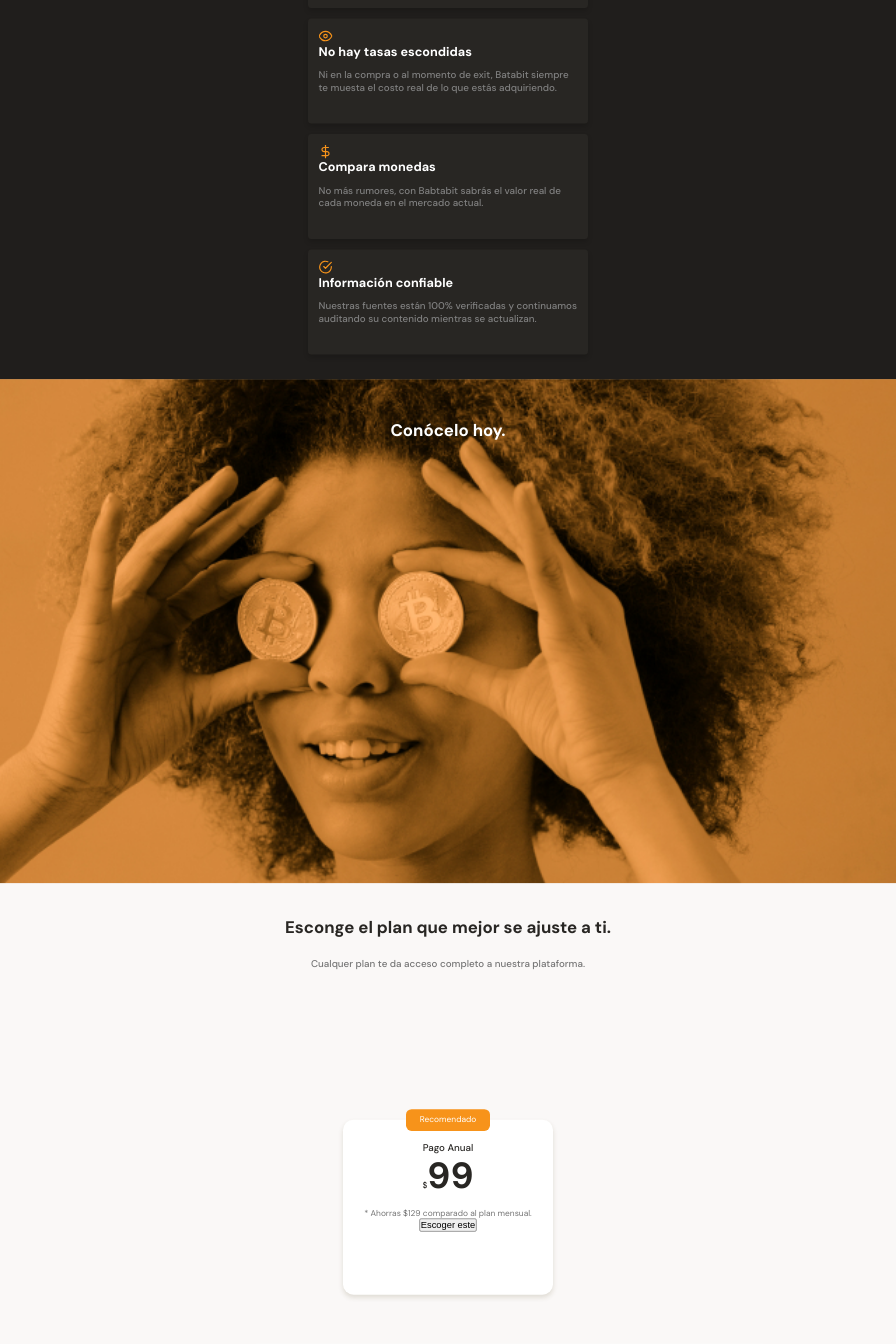
Repository: elto82/mobileFirst
Page: index.html
The author's editor kept a copy of each file at every save. The page is drawn from the files as they stood at one save, then again after the next save.
The browser window is 1280 px wide. The pictures show the part of the page from y = 1441 to 3361 px (the page is 3361 px tall), at 70% of full size.
Some web fonts or font styles are not loaded; a fallback is used.

Above is the page before, as saved 2022-06-08 21:24:55.

### index.html
<!DOCTYPE html>
<html lang="en">
  <head>
    <meta charset="UTF-8" />
    <meta http-equiv="X-UA-Compatible" content="IE=edge" />
    <meta name="viewport" content="width=device-width, initial-scale=1.0" />
    <link rel="preconnect" href="https://fonts.googleapis.com" />
    <link rel="preconnect" href="https://fonts.gstatic.com" crossorigin />
    <link
      href="https://fonts.googleapis.com/css2?family=DM+Sans:wght@400;500;700&family=Inter:wght@300;500&family=Poppins:ital,wght@0,300;1,400;1,600&family=Quicksand:wght@300;500;700&family=Roboto:wght@400;700&family=Rubik+Beastly&display=swap"
      rel="stylesheet"
    />
    <link rel="stylesheet" href="./style.css">
    <title>Document</title>
  </head>
  <body>
    <header>
        <img src="./assets/img/logo.svg" alt="">
        <div class="header-title-container">
            <h1>La próxima revolución en el intercambio de criptomonedas.</h1>
            <p>Batatabit te ayuda a navegar entre los diferentes precios y tendencias.  </p>
            <a href="#plans" class="header-button">Conoce nuestros planes <span></span></a>
        </div>
    </header>
    <main>
      <section class="main-exchange-container">
          <div class="backgroundImg"></div>
          <div class="main-exchange-conintainer--title">
            <h2>Visibilizamos todas las tasas de cambio.</h2>
            <p>Traemos información en tiempo real de las casas de cambio y las monedas más importantes del mundo.</p>
          </div>
          <section class="main-tables-container">
              <div class="main-currency-table">
                <p class="currency-table--title">Monedas</p>
                <div class="currency-table--container">
                  <table>
                    <tr>
                      <td class="table__top-left">Bitcoin</td>
                      <td class="table__top-right table__right" >$1.96 <span class="down"></span></td>
                    </tr>
                    <tr>
                      <td>Ethereum</td>
                      <td class="table__right">$0.07 <span class="up"></span></td>
                    </tr>
                    <tr>
                      <td>Riple</td>
                      <td class="table__right">$2.15<span class="down"></span></td>
                    </tr>
                    <tr>
                      <td class="table__bottom-left">Stellar</td>
                      <td class="table__botton-right table__right">$4.96 <span class="down"></span></td>
                    </tr>
                  </table>
                </div>
                <div class="currency-table--date">
                  <p><b> Actualizado:</b> 19 julio 23:45</p>
                </div>
              </div>
          </section>
      </section>

      <section class="main-product-detail">
        <span class="product-detail--batata-logo"></span>
        <div class="product-detail--title">
          <h2>Creamos un producto sin comparación.</h2>
          <p>Confiable y diseñado para su uso diario.</p>
        </div>
        <section class="product-cards--container">
          <article class="product-detail--card">
            <span class="clock"></span>
            <p class="product--card-title">Tiempo real</p>
            <p class="product--card-body">Nuestro API toma información minuto a minuto sobre las tasas que más determinan el comportamiento.</p>
          </article>
          <article class="product-detail--card">
            <span class="eye"></span>
            <p class="product--card-title">No hay tasas escondidas</p>
            <p class="product--card-body">Ni en la compra o al momento de exit, Batabit siempre te muesta el costo real de lo que estás adquiriendo.</p>
          </article>
          <article class="product-detail--card">
            <span class="money"></span>
            <p class="product--card-title">Compara monedas</p>
            <p class="product--card-body">No más rumores, con Babtabit sabrás el valor real de cada moneda en el mercado actual.</p>
          </article>
          <article class="product-detail--card">
            <span class="ok"></span>
            <p class="product--card-title">Información confiable</p>
            <p class="product--card-body">Nuestras fuentes están 100% verificadas y continuamos auditando su contenido mientras se actualizan.</p>
          </article>
        </section>
      </section>
      <section class="bitcoint-img-container">
        <h2>Conócelo hoy.</h2>
      </section>
      <section id="plans" class="main-plans-container">
        <div class="plans--title">
          <h2>Esconge el plan que mejor se ajuste a ti.</h2>
          <p>Cualquer plan te da acceso completo a nuestra plataforma.</p>
        </div>
        <section class="plans-container--slider">
          <article class="plans-conteiner--card">
            <p class="recommended">Recomendado</p>
            <div class="plan-info-container">
              <h3 class="plan-card--title">Pago Anual</h3>
              <p class="plan-card--price"><span>$</span>99</p>
              <p class="plan-card--saving">* Ahorras $129 comparado al plan mensual.</p>
              <button class="plan-card--ca">Escoger este <span></span></button>
            </div>
          </article>
        </section>
      </section>
    </main>
    <footer></footer>
  </body>
</html>

### style.css
/*
1. Posicionamiento
2. Modelo de caja (box model)
3. Tipografia
4.Visuales
5. Otros
*/
:root{
    /* colores */
    --bitcoin-orange:#f7931a;
    --soft-orange: #ffe9d5;
    --secondary-blue:#1a9af7;
    --soft-blue: #e7f5ff;
    --warm-black: #201e1c;
    --black:#282623;
    --grey:#bababa;
    --off-white:#faf8f7;
    --just-white:#fff;

}
*{
    box-sizing: border-box;
    margin: 0;
    padding: 0;
}
html{
    font-size: 62.5%;
    font-family: 'DM Sans', sans-serif;;
}
header{
    position: relative;
    display: flex;
    flex-direction: column;
    justify-content: center;
    width: 100%;
    min-width: 32rem;
    height: 34rem;
    text-align: center;
    background: linear-gradient(207.8deg, #201e1c 16.69%, #f7931a 100%);
}
header img{
    width: 15rem;
    height: 2.4rem;
    margin-top: 6rem;
    align-self: center;
}
.header-title-container{
    width: 90%;
    min-width: 28.8rem;
    max-width: 90rem;
    height: 21.8rem;
    margin-top: 4rem;
    text-align: center;
    align-self: center;
}
.header-title-container h1{
    font-size: 2.4rem;
    font-weight: bold;
    line-height: 2.6rem;
    color: var(--just-white);
}
.header-title-container p{
    margin-top: 2.5rem;
    font-size: 1.4rem;
    font-weight: 500;
    line-height: 1.8rem;
    color: var(--soft-orange);
}
.header-title-container .header-button{
    position: absolute;
    left: calc(50% - 11.8rem);
    top: 27rem;
    display: block;
    margin-top: 3.5rem;
    padding: 1.5rem;
    width: 22.9rem;
    height: 4.8rem;
    background-color: var(--off-white);
    box-shadow: 0px 4px 8px rgba(89, 73, 30, 0.16);
    border: none;
    border-radius: 0.5rem;
    font-size: 1.4rem;
    font-weight: bold;
    text-decoration: none;
    color: var(--black);
}
.header-button span{
    display: inline-block;
    width: 1.3rem;
    height: 0.8rem;
    margin-left: 1rem;
    background-image: url('./assets/icons/down-arrow.svg');
}
main{
    width: 100%;
    height: auto;
    background-color: var(--off-white);
}
.main-exchange-container{
    width: 100%;
    height: auto;
    padding-top: 8rem;
    padding-bottom: 3rem;
    text-align: center;
}
.main-exchange-conintainer--title{
    width: 90%;
    min-width: 28.8rem;
    max-width: 90rem;
    margin: 0 auto;
}
.main-exchange-container .backgroundImg{
    width: 20rem;
    height: 20rem;
    margin: 0 auto;
    margin-bottom: 5rem;
    background-image: url('./assets/img/Bitcoin.svg');
    background-size: cover;
    background-position: center;
    background-repeat: no-repeat;
}
.main-exchange-container h2{
    margin-bottom: 3rem;
    font-size: 2.4rem;
    font-weight: bold;
    line-height: 2.6rem;
    color: var(--black);
}
.header-title-container p{
    margin-bottom: 3rem;
    font-size: 1.4rem;
    font-weight: 500;
    line-height: 1.6rem;
    color: #757575;
}
.main-currency-table{
    width: 70%;
    min-width: 23.5rem;
    max-width: 50re;
    height: 36rem;
    margin: 0 auto;
    font-family: 'Inter', 'sans-serif';
}
.main-currency-table .currency-table--title{
    margin-top: 2rem;
    margin-bottom: 1.5rem;
    font-size: 1.8rem;
    font-weight: bold;
    line-height: 2.3rem;
    color: var(--bitcoin-orange);
}
.currency-table--container{
    width: 90%;
    min-width: 23rem;
    max-width: 30rem;
    height: 25rem;
    margin: 0 auto;
}
.currency-table--container table{
    width: 100%;
    height: 100%;
}
.currency-table--container td{
    width: 50%;
    font-size: 1.6rem;
    font-weight: 500;
    line-height: 1.9rem;
    color: var(--grey);
    background-color: var(--just-white);
}
.currency-table--container .table__top-left{
    border-radius: 1.5rem 0 0 0;
}
.currency-table--container .table__top-right{
    border-radius: 0 1.5rem 0 0;
}
.currency-table--container .table__bottom-left{
    border-radius: 0 0 0 1.5rem;
}
.currency-table--container .table__botton-right{
    border-radius: 0 0 1.5rem 0;
}
.currency-table--container .table__right{
    font-size: 1.4rem;
    font-weight: normal;
    line-height: 1.7rem;
    color: #757575;
}
.currency-table--container .down{
    display: inline-block;
    width: 1.5rem;
    height: 1.5rem;
    margin-left: 1rem;
    background-image: url('./assets/icons/trending-down.svg');
    background-size: cover;
    background-position: center;
    background-repeat: no-repeat;
}
.currency-table--container .up{
    display: inline-block;
    width: 1.5rem;
    height: 1.5rem;
    margin-left: 1rem;
    background-image: url('./assets/icons/trending-up.svg');
    background-size: cover;
    background-position: center;
    background-repeat: no-repeat;
}
.currency-table--date{
    width: 19rem;
    height: 3rem;
    margin: 0 auto;
    margin-top: 1.5rem;
    padding: 0.8rem;
    background-color: var(--soft-orange);
    border-radius: 0.8rem;
    box-shadow: 0px 4px 8px rgba(89, 73, 30, 0.16);
}
.currency-table--date p{
    font-weight: 300;
    font-size: 1.2rem;
    line-height: 1.5rem;
    color: var(--warm-black);
}
.main-product-detail{
    position: relative;
    width: 100%;
    min-width: 32rem;
    height: auto;
    padding: 2rem 1rem;
    background-color: var(--warm-black);
}
.product-detail--batata-logo{
    position: absolute;
    width: 4rem;
    height: 2.5rem;
    top: -1rem;
    left: calc(50% - 2rem);
    background-image: url('./assets/icons/batata.svg');

}
.product-detail--title{
    width: 90%;
    min-width: 28.8rem;
    height: auto;
    margin: 0 auto;
    margin-top: 5rem;
    text-align: center;
}
.product-detail--title h2{
    margin-bottom: 2rem;
    font-size: 2.4rem;
    font-weight: bold;
    line-height: 2.6rem;
    color: var(--just-white);
}
.product-detail--title p{
    margin-bottom: 2rem;
    font-size: 1.4rem;
    font-weight: 500;
    line-height: 1.8rem;
    color: #808080;
}
.product-detail--card{
    width: 90%;
    min-width: 28.8rem;
    max-width: 40rem;
    min-height: 15rem;
    margin: 1.5rem auto;
    padding: 1.5rem;
    background-color: var(--black);
    border-radius: 0.5rem;
    box-shadow: 0 4px 8px rgba(0, 0, 0, 0.16);
}
.product-detail--card .clock{
    display: inline-block;
    width: 2rem;
    height: 2rem; ;
    background-image: url('./assets/icons/clock.svg');
    background-size: cover;
    background-position: center;
    background-repeat: no-repeat;
}
.product-detail--card .eye{
    display: inline-block;
    width: 2rem;
    height: 2rem; ;
    background-image: url('./assets/icons/eye.svg');
    background-size: cover;
    background-position: center;
    background-repeat: no-repeat;
}
.product-detail--card .money{
    display: inline-block;
    width: 2rem;
    height: 2rem; ;
    background-image: url('./assets/icons/dollar-sign.svg');
    background-size: cover;
    background-position: center;
    background-repeat: no-repeat;
}
.product-detail--card .ok{
    display: inline-block;
    width: 2rem;
    height: 2rem; ;
    background-image: url('./assets/icons/check-circle.svg');
    background-size: cover;
    background-position: center;
    background-repeat: no-repeat;
}
.product--card-title{
    margin-bottom: 1.5rem;
    font-size: 1.8rem;
    font-weight: bold;
    line-height: 1.8rem;
    color: var(--just-white);
}
.product--card-body{
    font-size: 1.4rem;
    font-weight: 500;
    line-height: 1.8rem;
    color: #808080;
}
.bitcoint-img-container{
    width: 100%;
    min-width: 32rem;
    height: 100vh;
    background-image:url('./assets/img/bitcoinbaby2x.jpg');
    background-size: cover;
    background-position: center;
    background-repeat: no-repeat;
    text-align: center;
}
.bitcoint-img-container h2{
    padding-top: 6rem;
    font-size: 2.4rem;
    font-weight: bold;
    line-height: 2.6rem;
    color: var(--just-white);

}
.main-plans-container{
    width: 100%;
    min-width: 32rem;
    padding-bottom: 7rem;
    text-align: center;
}
.plans--title{
    width: 90%;
    min-height: 28.8rem;
    height: auto;
    margin: 0 auto;
    margin-bottom: 5rem;
}
.plans--title h2{
    padding-top: 5rem;
    font-size: 2.4rem;
    font-weight: bold;
    line-height: 2.6rem;
    color: var(--black);
}
.plans--title p{
    padding-top: 3rem;
    font-size: 1.4rem;
    font-weight: 500;
    font-weight: 10.8rem;
    color: #757575;
}
.plans-conteiner--card{
    position: relative;
    width: 70%;
    min-width: 23rem;
    max-width: 30rem;
    height: 25rem;
    margin: 5rem auto 0;
    padding: 0 1.5rem;
    background-color: var(--just-white);
    border-radius: 1.5rem;
    box-shadow: 0 4px 8px rgba(89, 73, 30, 0.16);
}
.recommended{
    position: absolute;
    width: 12rem;
    height: 3.1rem;
    left: calc(50% - 6rem);
    top: -1.5rem;
    font-size: 1.2rem;
    padding-top: 0.6rem;
    background-color: var(--bitcoin-orange);
    border-radius: 0.8rem;
    color: var(--just-white);

}
.plan-card--title{
    padding-top: 3rem;
    font-size: 1.4rem;
    font-weight: 500;
    line-height: 1.8rem ;
    color: var(--black);
}
.plan-card--price{
    padding: 0.5rem 0;
    font-size: 5.2rem;
    font-weight: bold;
    line-height: 5.3rem;
    color: var(--black);
}
.plan-card--price span{
    font-size: 1.2rem;
    font-weight: 300;
}
.plan-card--saving{
    font-size: 1.2rem;
    color: #757575;
}

After the next save:
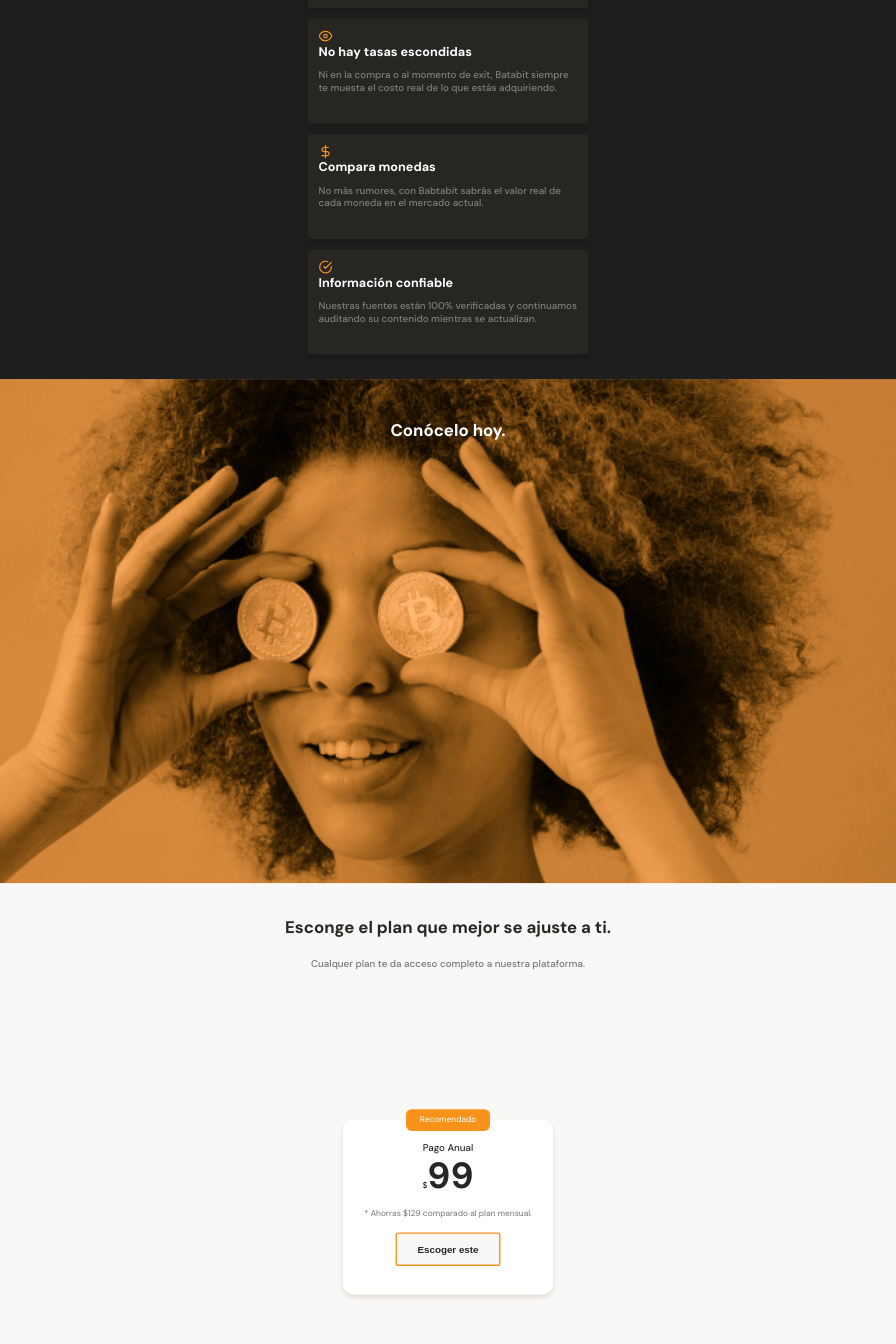
Saved 6 min 59 s later.
--- a/style.css
+++ b/style.css
@@ -413,3 +413,15 @@
     font-size: 1.2rem;
     color: #757575;
 }
+.plan-card--ca{
+    width: 15rem;
+    height: 4.8rem;
+    margin-top: 2rem;
+    background-color: #faf8f7;
+    border: 2px solid var(--bitcoin-orange);
+    border-radius: 0.4rem;
+    font-size: 1.4rem;
+    font-weight: bold;
+    line-height: 1.8rem;
+    color: var(--black);
+}
